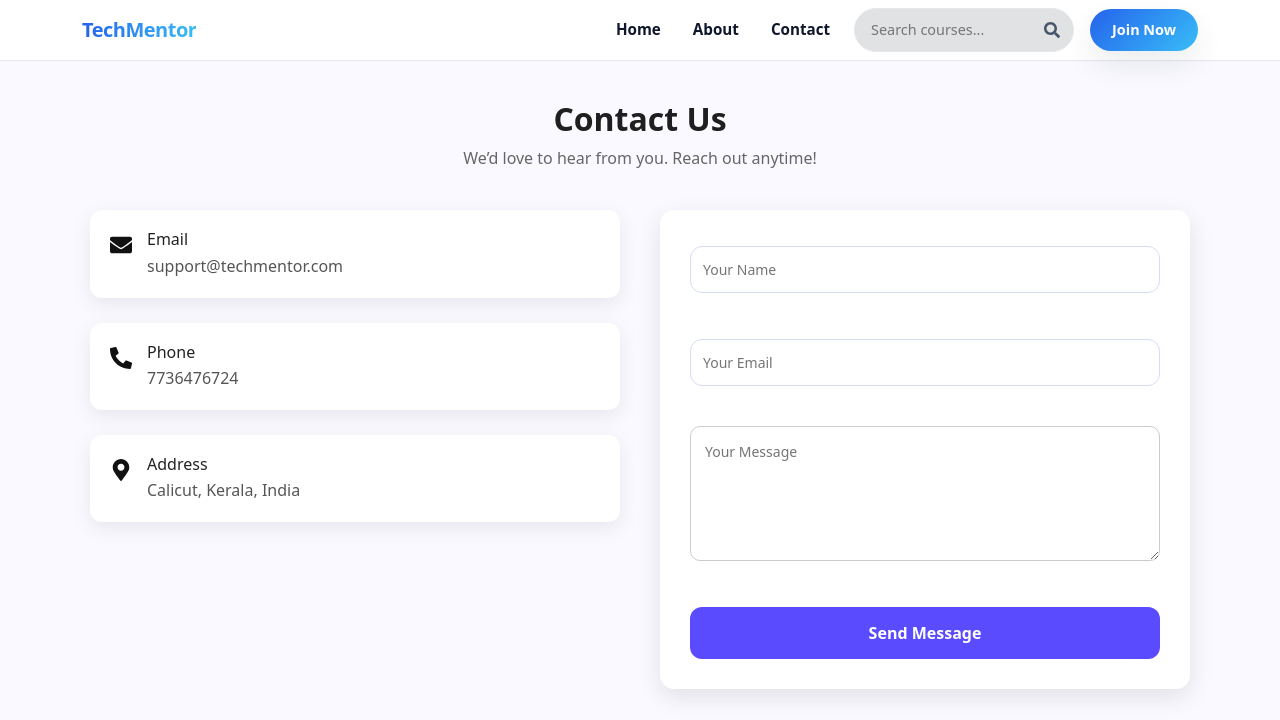
Repository: Aswin74k/project-2
Page: /#/contact
The author's editor kept a copy of each file at every save. The page is drawn from the files as they stood at one save, then again after a run of saves.
The browser window is 1280 px wide. The pictures show the whole page.
The project was rebuilt for these pictures with package versions that can differ from the ones it lists, and the page was loaded fresh each time. Also part of the build but not shown: vite.config.js, src/project/Home.jsx, src/project/Course.jsx, src/project/About.css, src/project/About.jsx, src/project/Enroll.jsx, src/project/ProtectedRoute.jsx.

Above is the page before, as saved 2026-01-06 20:48:00.

After the next 3 saves:
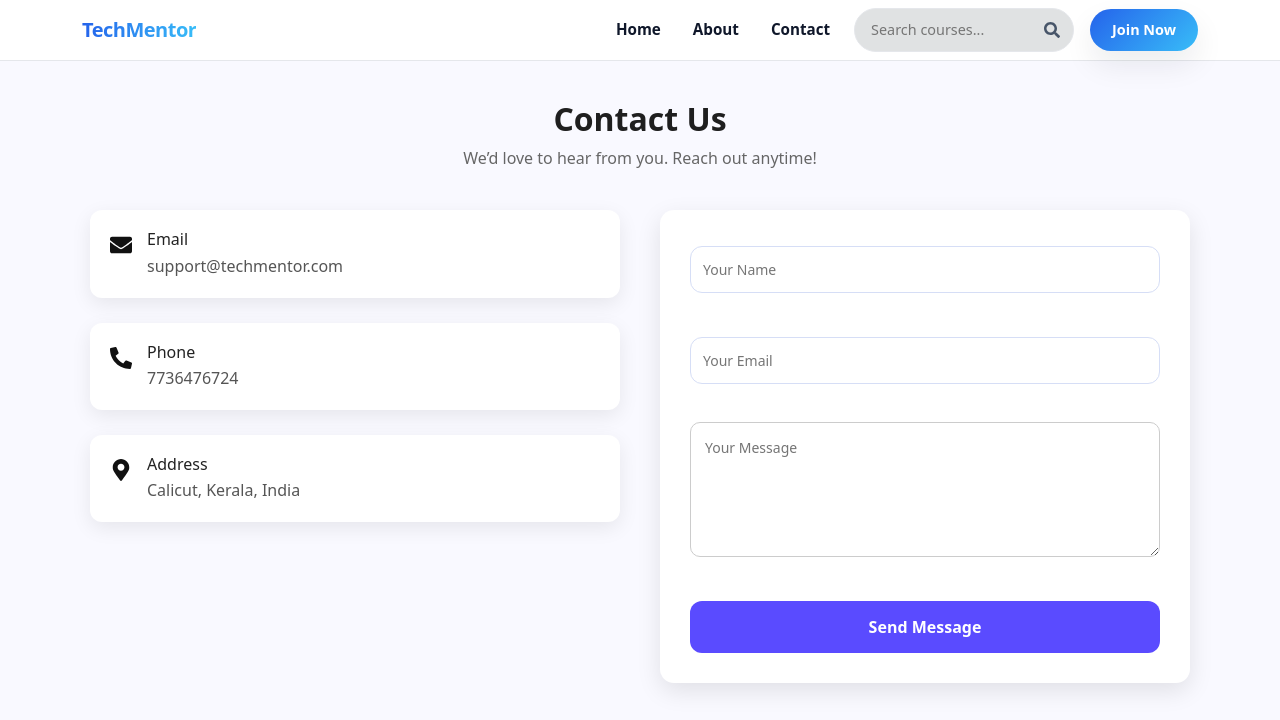
The 3 saves are shown as one change because they came seconds apart.
The last was saved 9 s later.
--- a/src/project/Enroll.css
+++ b/src/project/Enroll.css
@@ -96,7 +96,7 @@ body {
 
 
 .form-group {
-  margin-bottom: 10px;
+  margin-bottom: 8px;
 }
 
 .form-group label {
